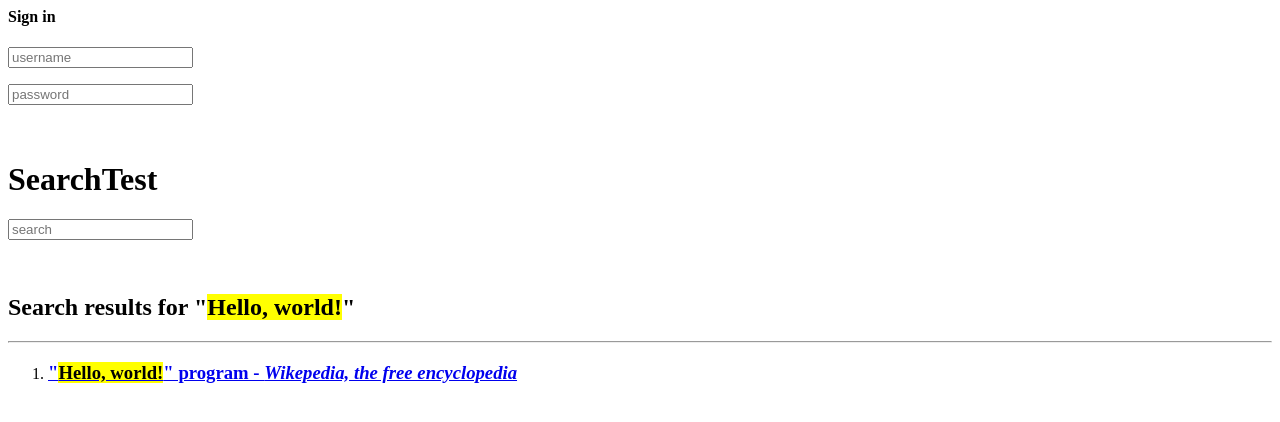
Repository: simonekurtz/simonekurtz.github.io
Page: 1ASGN_HelloWorld/HelloWorld.html
The author's editor kept a record of every edit. The page is drawn from the files as they stood at one moment, then again after the next edit.
The browser window is 1280 px wide. The pictures show the whole page.

Above is the page before.

After the next edit:
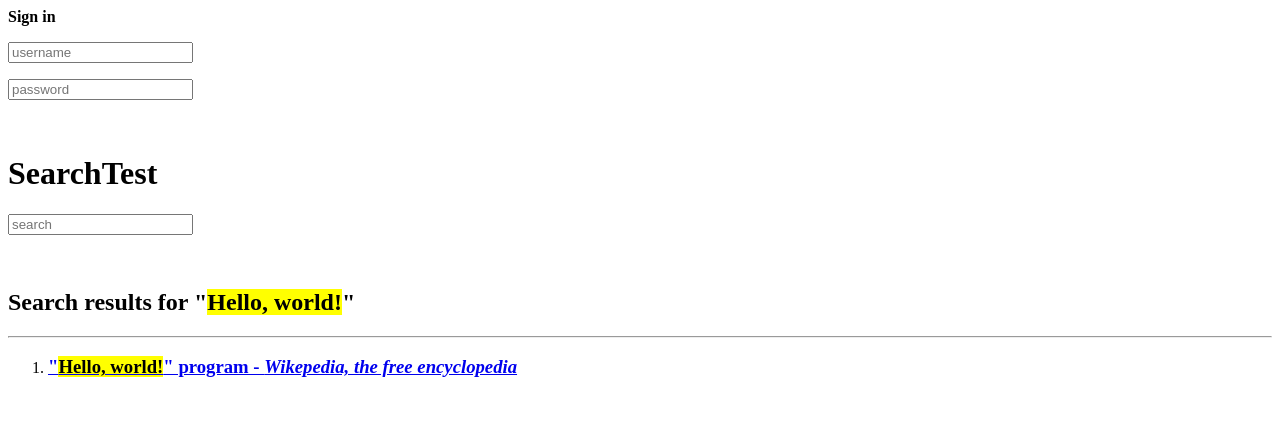
The edit:
--- a/1ASGN_HelloWorld/HelloWorld.html
+++ b/1ASGN_HelloWorld/HelloWorld.html
@@ -3,7 +3,7 @@
        <title>Hello, world!</title>
     </head>
     <body>
-        <h4>Sign in</h4>
+        <p><strong>Sign in</strong></p>
         <p><input type= "text" placeholder="username"></p>
         <p><input type= "text" placeholder="password"></p>
         <br>
